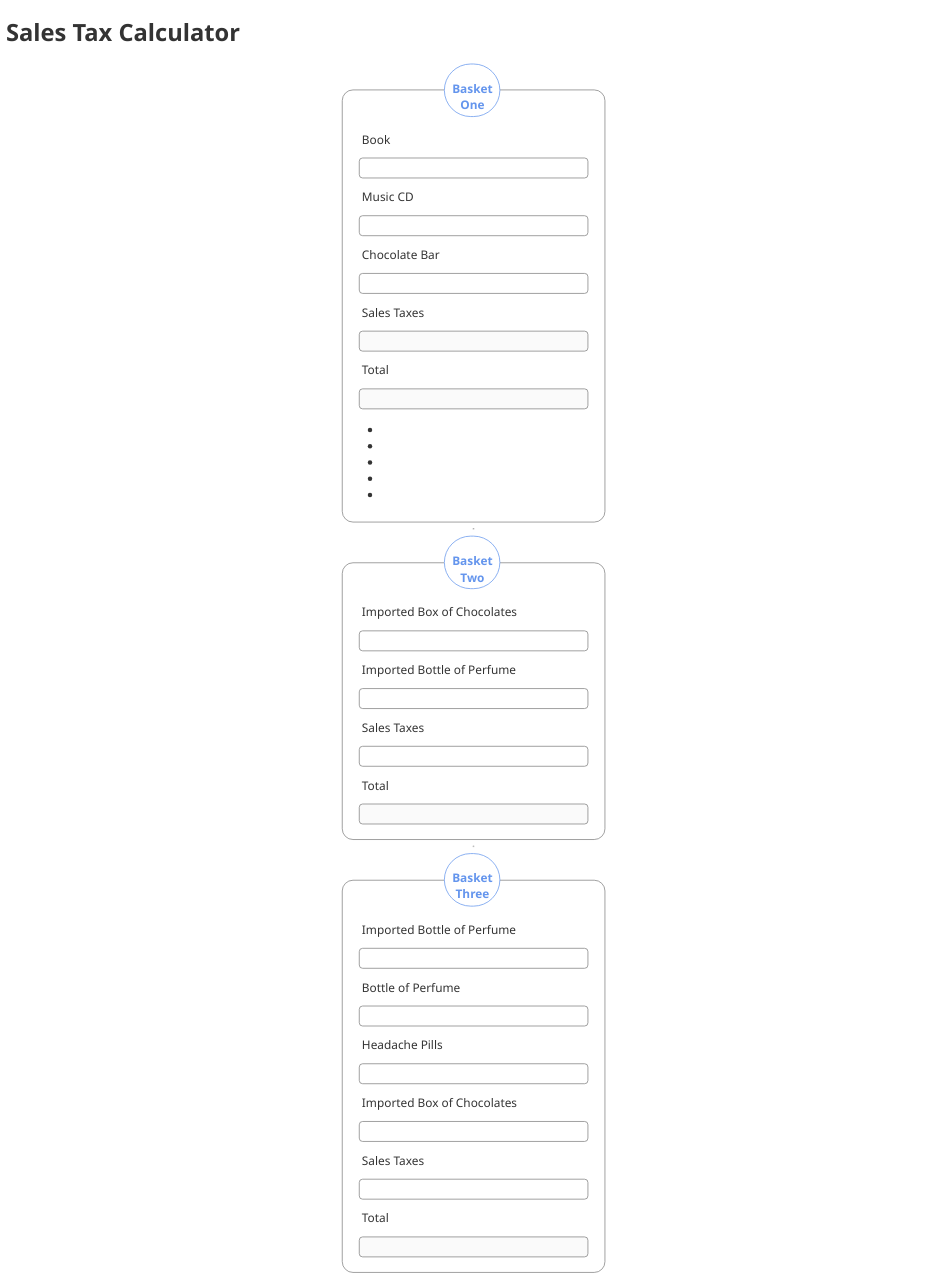
Repository: duzzisantos/sales-tax
Page: index.html
These files come from the project's save history. The page is drawn as it stood at one moment and after the next save; the edit follows.
The browser window is 1280 px wide. The pictures show the whole page, at 74% of full size.

Above is the page before, as saved 2022-05-25 21:43:07.

### index.html
<!DOCTYPE html>
<html lang="en">

<head>
    <meta charset="UTF-8">
    <meta http-equiv="X-UA-Compatible" content="IE=edge">
    <meta name="viewport" content="width=device-width, initial-scale=1.0">
    <link href="style.css" rel="stylesheet">
    <title>Sales Tax Calculator</title>
</head>

<body>
    <h1>Sales Tax Calculator</h1>
    <section id="container">
        <fieldset>
            <legend>
                <h4>Basket One</h4>
            </legend>
            <label for="book">Book</label>
            <input id="book" type="number" name="book" onchange="basketOne()" />
            <label for="musicCD">Music CD</label>
            <input id="musicCD" type="number" name="musicCD" onchange="basketOne()" />
            <label for="chocolateBar">Chocolate Bar</label>
            <input id="chocolateBar" type="number" name="chocolateBar" onchange="basketOne()" />
            <label for="sales-taxes">Sales Taxes</label>
            <input id="sales-taxes" type="number" name="sales-taxes" onchange="basketOne()" disabled />
            <label for="total">Total</label>
            <input id="total" type="number" name="total" onchange="basketOne()" disabled />
            <ul class="listOne">
                <li></li>
                <li></li>
                <li></li>
                <li></li>
                <li></li>
            </ul>
        </fieldset>
        <hr>

        <fieldset>
            <legend>
                <h4>Basket Two</h4>
            </legend>
            <label for="imported-box-chocolate">Imported Box of Chocolates</label>
            <input id="imported-box-chocolate" type="number" name="imported-box-chocolate" onchange="basketTwo()" />
            <label for="imported-perfume">Imported Bottle of Perfume</label>
            <input id="imported-perfume" type="number" name="imported-perfume" onchange="basketTwo()" />

            <label for="sales-taxes2">Sales Taxes</label>
            <input id="sales-taxes2" type="number" name="sales-taxes2" onchange="basketTwo()" />
            <label for="total">Total</label>
            <input disabled id="total2" type="number" name="total2" onchange="basketTwo()" />
        </fieldset>
        <hr>

        <fieldset>
            <legend>
                <h4>Basket Three</h4>
            </legend>
            <label for="imported-perfume2">Imported Bottle of Perfume</label>
            <input id="imported-perfume2" type="number" name="imported-perfume2" onchange="basketThree()" />
            <label for="bottle-perfume">Bottle of Perfume</label>
            <input id="bottle-perfume" type="number" name="bottle-perfume" onchange="basketThree()" />
            <label for="pills">Headache Pills</label>
            <input id="pills" type="number" name="pills" onchange="basketThree()" />
            <label for="imported-box-chocolate2">Imported Box of Chocolates</label>
            <input id="imported-box-chocolate2" type="number" name="imported-box-chocolate2" onchange="basketThree()" />
            <label for=" sales-taxes3">Sales Taxes</label>
            <input id="sales-taxes3" type="number" name="sales-taxes3" onchange="basketThree()" />
            <label for="total3">Total</label>
            <input disabled id="total3" type="number" name="total3" onchange="basketThree()" />
        </fieldset>
    </section>
</body>
<script src="first.js"></script>
<script src="second.js"></script>
<script src="third.js"></script>

</html>

### style.css
*{
    color: rgb(0,0,0,0.8);
    font-family: 'Segoe UI', Tahoma, Geneva, Verdana, sans-serif;
}

#container{
    display: flex;
    flex-direction: column;
    align-items: center;
    justify-content: center;
    bottom: 0;
}

fieldset{
    height: fit-content;
    width: 20%;
    border: 1px solid grey;
    border-radius: 15px;
}

legend{
    height: 70px;
    width: 70px;
    border: 1px solid cornflowerblue;
    border-radius: 50px;
    margin-left: 38%;
}

legend h4{
    text-align: center;
    color: cornflowerblue;
}
label, input{
    display: block;
    margin: 10px;
    padding: 4px;
}

input{
    width: 300px;
    border-radius: 5px;
    border: 1px solid grey;
}

### first.js
//Variables for tax rate
let taxFree = 0;
let basicTax = 10;
let importDuty = 5;

//imported basic taxable items attract an extra non-negotiable tax rate of 5%, therefore 10% + 5% = 15%
let basicPlusImportDuty = basicTax + importDuty;

//An app that computes the first basket of goods
const basketOne = () => {
  let book = document.getElementById("book").value;
  let musicCD = document.getElementById("musicCD").value;
  let chocolateBar = document.getElementById("chocolateBar").value;

  // The plus sign is used in front of every variable to indicate to JavaScript that they are numerical values
  // Without this, they would become concatenated strings

  //these are the sums of the items and their taxes
  let bookPlusTax = +taxFree * +book + +book;
  let musicCDPlusTax = (basicTax * +musicCD) / 100 + +musicCD;
  let chocolateBarPlusTax = +taxFree * +chocolateBar + +chocolateBar;

  //this computes the total price paid by the customer
  let netPayment = +bookPlusTax + +musicCDPlusTax + +chocolateBarPlusTax;
  document.getElementById("total").value = netPayment.toFixed(2);

  //this computes the total sales tax generated
  let totalTaxes =
    bookPlusTax -
    book +
    (musicCDPlusTax - musicCD) +
    (chocolateBarPlusTax - chocolateBar);

  //Math.ceil and toFixed method helps us round up to the nearest 0.05
  document.getElementById("sales-taxes").value = (
    Math.ceil(totalTaxes * 20) / 20
  ).toFixed(2);
};

### second.js
//Variables for tax rate
let basicTax2 = 10;
let importDuty2 = 5;

//imported basic taxable items attract an extra non-negotiable tax rate of 5%, therefore 10% + 5% = 15%
let basicPlusImportDuty2 = basicTax2 + importDuty2;

//An app that computes the second basket of goods
const basketTwo = () => {
  let importedChocolate = document.getElementById(
    "imported-box-chocolate"
  ).value;
  let importedPerfume2 = document.getElementById("imported-perfume").value;

  // The plus sign is used in front of every variable to indicate to JavaScript that they are numerical values
  // Without this, they would become concatenated strings

  //these are the sums of the imported items and their taxes
  let importedChocolatePlusTax =
    (importDuty2 * +importedChocolate) / 100 + +importedChocolate;
  let importedPerfume2PlusTax =
    (basicPlusImportDuty2 * +importedPerfume2) / 100 + +importedPerfume2;

  //Math.ceil and toFixed method helps us round up to the nearest 0.05
  //this computes the total price paid by the customer
  let netPayment = +importedChocolatePlusTax + +importedPerfume2PlusTax;
  document.getElementById("total2").value = (
    Math.ceil(netPayment * 20) / 20
  ).toFixed(2);

  //this computes the total sales tax generated
  let totalTaxes =
    (importDuty2 * +importedChocolate) / 100 +
    (basicPlusImportDuty2 * +importedPerfume2) / 100;
  document.getElementById("sales-taxes2").value = (
    Math.ceil(totalTaxes * 20) / 20
  ).toFixed(2);
};

### third.js
//Variables for tax rate
let taxFree3 = 0;
let basicTax3 = 10;
let importDuty3 = 5;
let basicPlusImportDuty3 = basicTax3 + importDuty3;


//App that computes the third basket of goods
const basketThree = () => {
    let importedPerfume2 = document.getElementById("imported-perfume2").value;
    let bottlePerfume = document.getElementById("bottle-perfume").value;
    let pills = document.getElementById("pills").value;
    let importedChocolate2 = document.getElementById("imported-box-chocolate2").value;


    //    // The plus sign is used in front of every variable to indicate to JavaScript that they are numerical values
     // Without this, they would become concatenated strings

    //these are the sums of the imported items and their taxes
    let importedPerfume2PlusTax = (basicPlusImportDuty3 * +importedPerfume2) / 100 + +importedPerfume2;
    let bottlePerfumePlusTax =
      (basicTax3 * +bottlePerfume) / 100 + +bottlePerfume;
    let pillsPlusTax = (taxFree3 * +pills) + +pills;
    let importedChocolate2PlusTax =
      (importDuty3 * +importedChocolate2) / 100 + +importedChocolate2;

    //Math.ceil and toFixed method helps us round up to the nearest 0.05
    //This computes the prices plus their taxes
    let netPayment =
      importedPerfume2PlusTax +
      bottlePerfumePlusTax +
      pillsPlusTax +
      importedChocolate2PlusTax;
    document.getElementById("total3").value = (Math.ceil(netPayment * 20) / 20).toFixed(2);

    //this computes the total taxes generated from selling basket three
    let totalTaxes =
      importedPerfume2PlusTax -
      importedPerfume2 +
      (bottlePerfumePlusTax - bottlePerfume) +
      (pillsPlusTax - pills) +
      (importedChocolate2PlusTax - importedChocolate2);

    document.getElementById("sales-taxes3").value = (
        Math.ceil(totalTaxes * 20) / 20
      ).toFixed(2);
  };

After the next save:
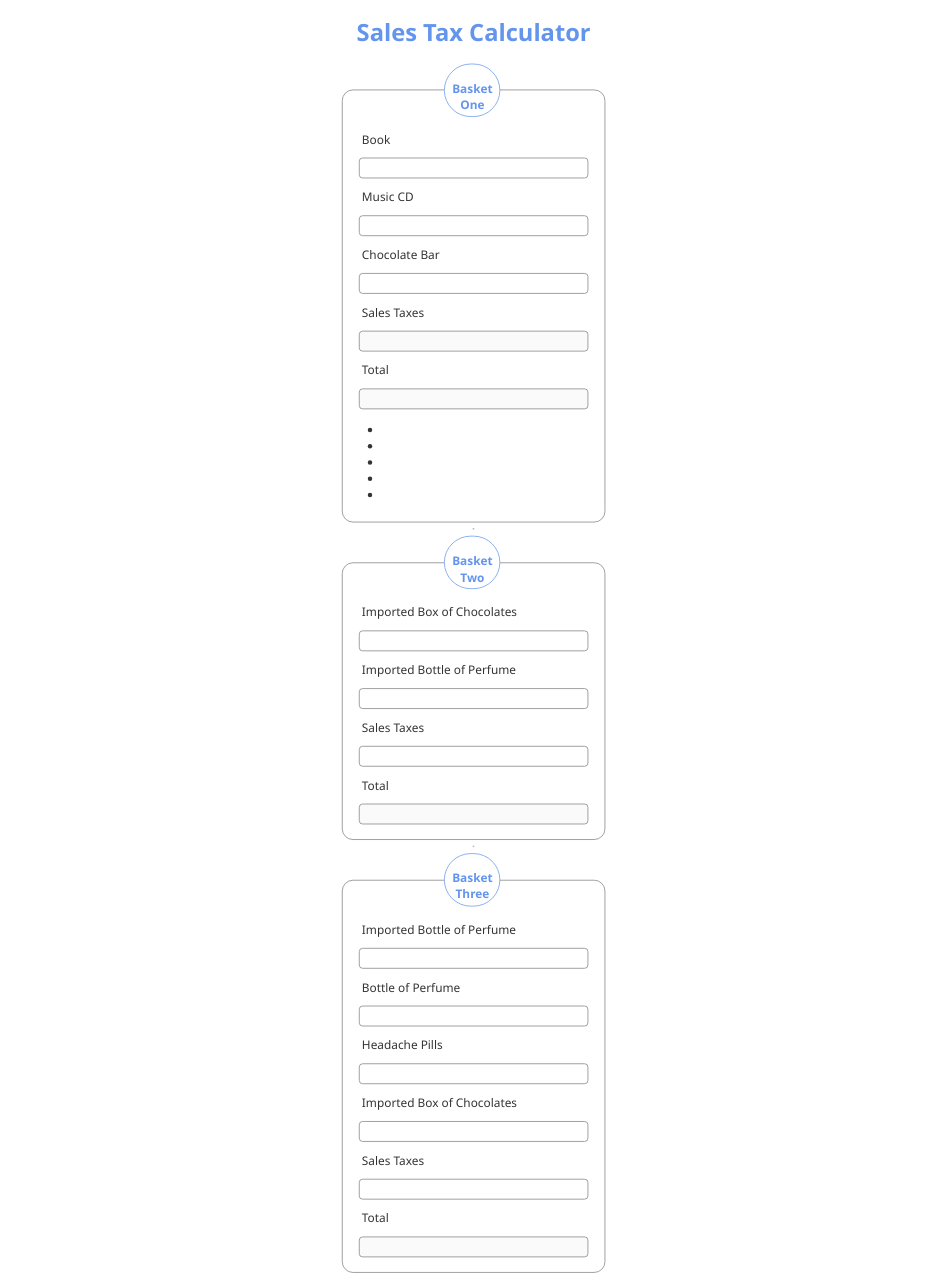
Saved 15 s later.
--- a/style.css
+++ b/style.css
@@ -26,7 +26,7 @@ legend{
     margin-left: 38%;
 }
 
-legend h4{
+legend h4, h1{
     text-align: center;
     color: cornflowerblue;
 }
